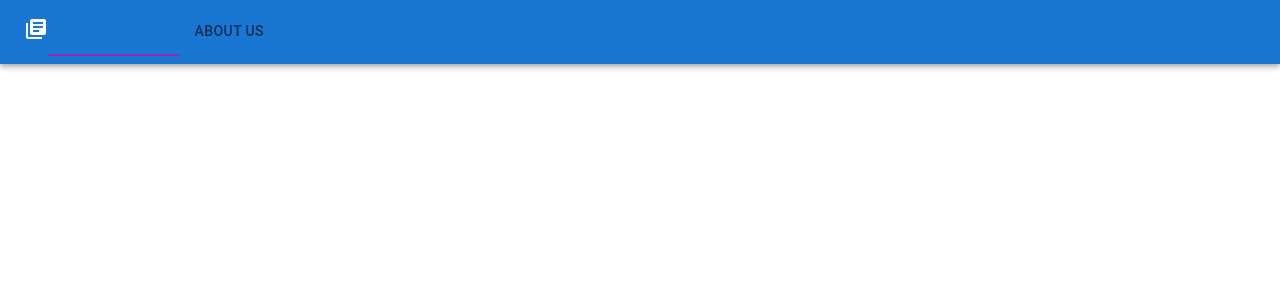
Repository: CydexCode/Book_Store_App-MERN-Stack
Page: /add (app in book-store/)
The author's editor kept a copy of each file at every save. The page is drawn from the files as they stood at one save, then again after the next save.
The browser window is 1280 px wide. The pictures show the whole page.
The project was rebuilt for these pictures with package versions that can differ from the ones it lists, and the page was loaded fresh each time.

Above is the page before, as saved 2022-09-08 03:21:57.

### book-store/src/App.js
import Header from "./components/Header";

function App() {
  return (
    <div>
    <Header />
    </div>
  );
}

export default App;

### book-store/src/components/Header.js
import React from 'react';
import { AppBar, Tab, Tabs, Toolbar, Typography } from "@mui/material";
import LibraryBooksIcon from '@mui/icons-material/LibraryBooks';
const Header = () => {
  return (
    <div>
      <AppBar position='sticky'>
<Toolbar>
<Typography>
            <LibraryBooksIcon />
            </Typography>

            <Tabs indicatorColor="secondary" value={0}>
                <Tab label="Add product" />
                <Tab label="About Us" />
            </Tabs>

</Toolbar>
      </AppBar>
    </div>
  );
};

export default Header;

Loaded but not shown: book-store/public/index.html (common file); book-store/src/index.js (common file); book-store/src/index.css (common file)

After the next save:
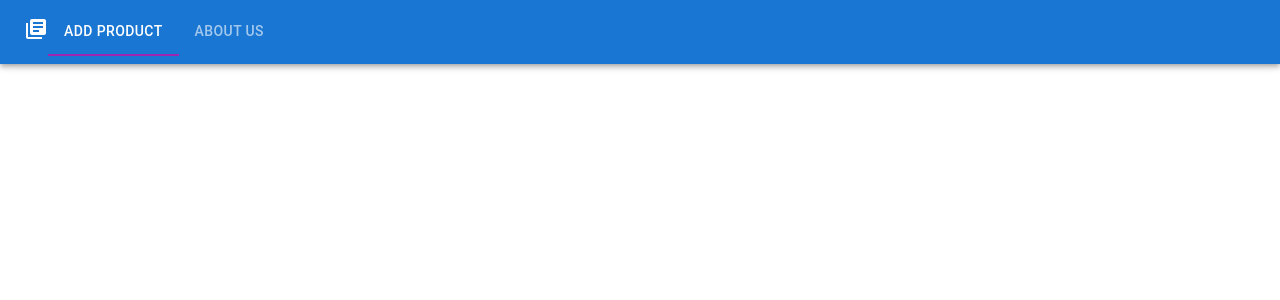
Saved 67 s later.
--- a/book-store/src/components/Header.js
+++ b/book-store/src/components/Header.js
@@ -10,7 +10,7 @@ const Header = () => {
             <LibraryBooksIcon />
             </Typography>
 
-            <Tabs indicatorColor="secondary" value={0}>
+            <Tabs textColor="inherit" indicatorColor="secondary" value={0}>
                 <Tab label="Add product" />
                 <Tab label="About Us" />
             </Tabs>
